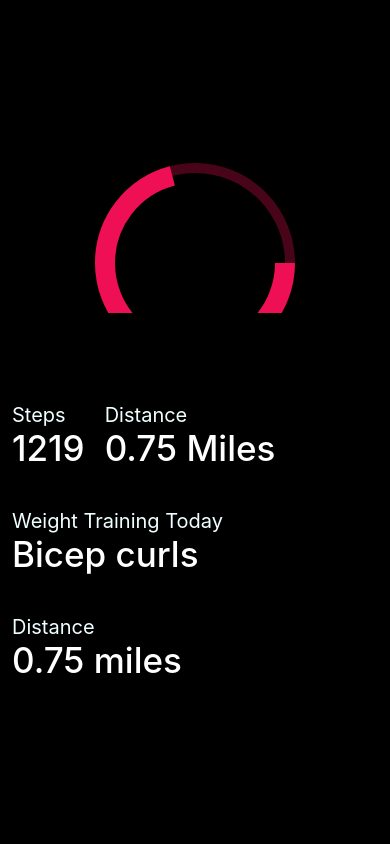
Repository: JamesPesenti/JiMTracker
Screen: /
The author's editor kept a copy of each file at every save. The screen is drawn from the files as they stood at one save, then again after a run of saves.
The app was drawn by React Native's web renderer in a window 390 px wide. The project was rebuilt for these pictures with package versions that can differ from the ones it lists, and the page was loaded fresh each time.

Above is the screen before, as saved 2023-06-16 14:46:18.

### App.tsx
import { StatusBar } from 'expo-status-bar';
import { StyleSheet, Text, View } from 'react-native';
import Value from "./src/components/Value"
import RingProgress from './src/components/RingProgress';



export default function App() {
  return (
    <View style={styles.container}>
       <RingProgress />
       <View style={{flexDirection: "row", gap: 20}}>
          <Value label="Steps" value="1219" />
          <Value label="Distance" value="0.75 Miles" />
       </View>
          {/* Training */}
           <View>
              <Text style={styles.label}>Weight Training Today</Text>
              <Text style={styles.amount}>Bicep curls</Text>
           </View>

        <View style={{flexDirection: 'row'}}>
          {/* new */}
          <View>
              <Text style={styles.label}>Distance</Text>
              <Text style={styles.amount}>0.75 miles</Text>
          </View>
        </View>
      <StatusBar style="auto" />
    </View>
  );
}

const styles = StyleSheet.create({
  container: {
    flex: 1,
    backgroundColor: 'black',
    justifyContent: 'center',
    padding: 12,
    marginHorizontal: 0,
    gap: 40,
  },
  label: {
    color: "azure",
    fontSize: 20,
  },
  amount: {
    color: "white",
    fontSize: 35,
    fontWeight: "500"
  }
});

### src/components/Value.tsx
import { StyleSheet, Text, View } from 'react-native';

type ValueProps = {
  label: string;
  value: string;
}

const Value = ({ label, value }: ValueProps) => {
  return (
    <>
     <View>
      <Text style={styles.label}>{label}</Text>
      <Text style={styles.amount}>{value}</Text>
     </View>
    </>
  )
}

export default Value

const styles = StyleSheet.create({
   label: {
      color: "azure",
      fontSize: 20,
    },
    amount: {
      color: "white",
      fontSize: 35,
      fontWeight: "500"
    }
})

### src/components/RingProgress.tsx
import { StyleSheet, Text, View } from 'react-native'
import SVG, { Circle } from 'react-native-svg'

type RingProgressProps = {
   radius?: number;
   strokeWidth?: number;
}

const color = "#EE0F55"

const RingProgress = ({radius = 100, strokeWidth = 20}: RingProgressProps) => {

   const innerRadius = radius - strokeWidth / 2
   const circumference = 2 * Math.PI * innerRadius

  return (
    <View style={{ width: radius * 2, height: radius * 2, alignSelf: "center"}}>
      <SVG>
         {/* background */}
         <Circle
            cx={radius}
            cy={radius}
            r={innerRadius}
            strokeWidth={strokeWidth}
            stroke={color}
            opacity={0.3}
         />
         {/* foreground */}
         <Circle
            cx={radius}
            cy={radius}
            r={innerRadius}
            strokeWidth={strokeWidth}
            stroke={color}
            strokeDasharray={[circumference - 165]}
         />
      </SVG>
    </View>
  )
}

export default RingProgress

const styles = StyleSheet.create({})

After the next 2 saves:
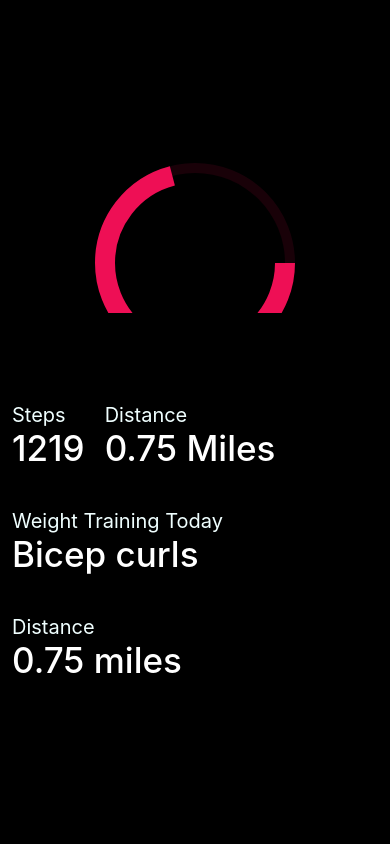
The 2 saves are shown as one change because they came seconds apart.
The last was saved 48 s later.
--- a/src/components/RingProgress.tsx
+++ b/src/components/RingProgress.tsx
@@ -23,7 +23,7 @@
             r={innerRadius}
             strokeWidth={strokeWidth}
             stroke={color}
-            opacity={0.3}
+            opacity={0.1}
          />
          {/* foreground */}
          <Circle

After the 2 saves that followed:
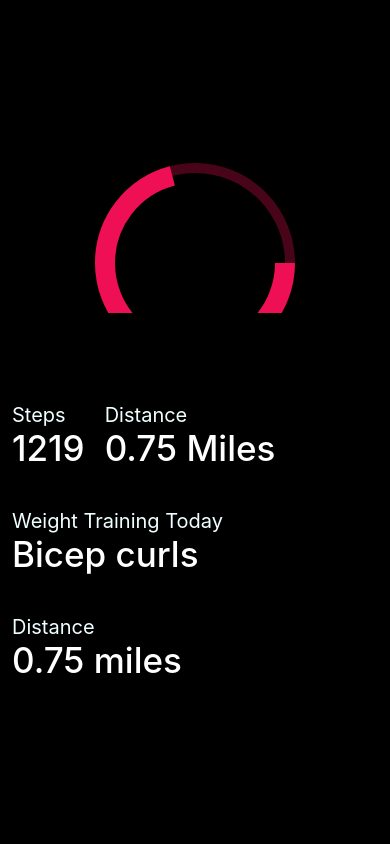
The 2 saves are shown as one change because they came seconds apart.
The last was saved 7 s later.
--- a/src/components/RingProgress.tsx
+++ b/src/components/RingProgress.tsx
@@ -23,7 +23,7 @@
             r={innerRadius}
             strokeWidth={strokeWidth}
             stroke={color}
-            opacity={0.1}
+            opacity={0.3}
          />
          {/* foreground */}
          <Circle
